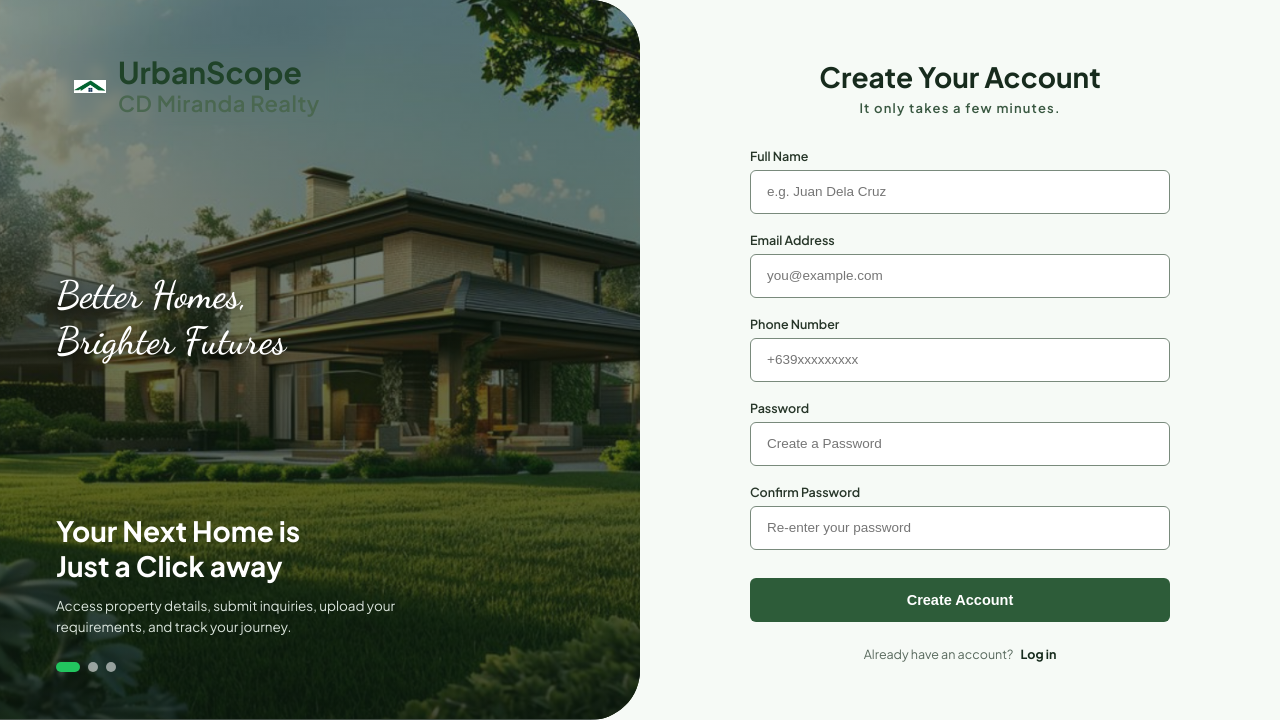
Repository: Gianeuz/CD-Miranda
Page: login/register.html
An editor plug-in stored every save of this project. The page is shown before and after a run of saves, followed by the edit.
The browser window is 1280 px wide. The pictures show the whole page.

Above is the page before, as saved 2026-09-25 00:38:41.

After the next 5 saves:
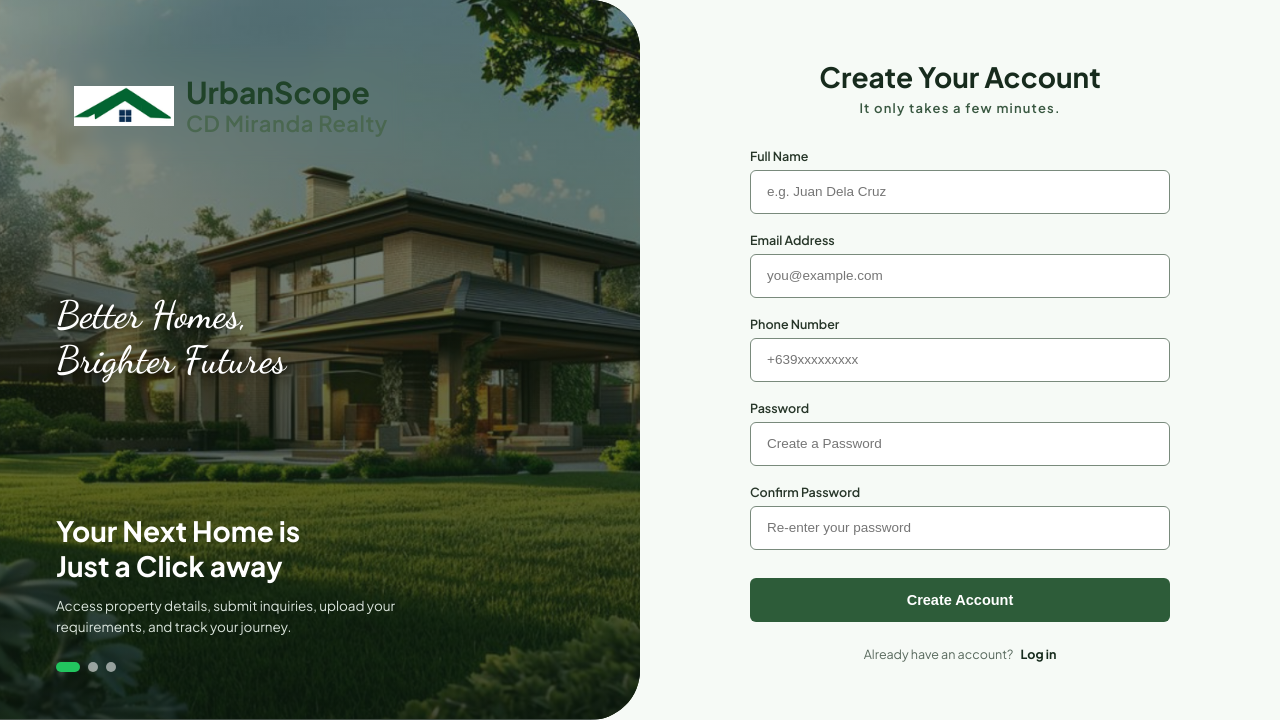
The 5 saves are shown as one change because they came seconds apart.
The last was saved 13 s later.
--- a/login/login.css
+++ b/login/login.css
@@ -89,9 +89,10 @@ body {
 }
 
 .logo-icon {
-    width: 32px;
-    height: 32px;
+    width: 100px;
+    height: 100px;
     object-fit: contain;
+
 }
 
 .brand-text h1 {
